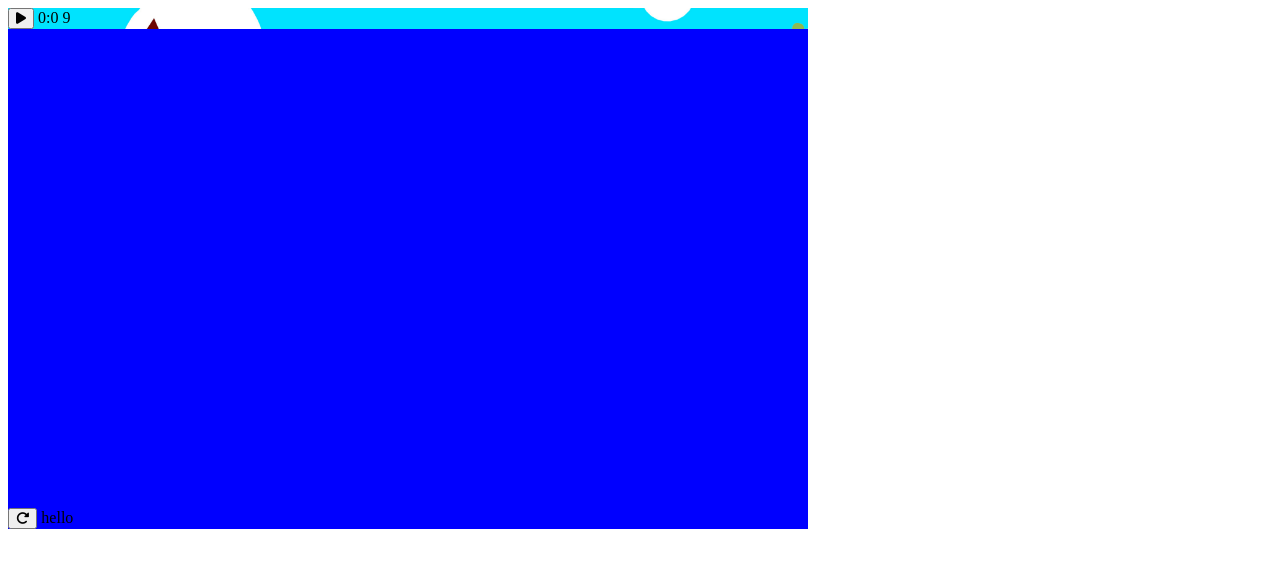
Repository: ggandory/browser101
Page: chapter7/carrot/index.html
These files come from the project's save history. The page is drawn as it stood at one moment and after the next save; the edit follows.
The browser window is 1280 px wide. The pictures show the whole page.
Some web libraries are served in a nearby version.

Above is the page before, as saved 2024-05-01 22:43:54.

### chapter7/carrot/index.html
<!DOCTYPE html>
<html lang="en">
  <head>
    <meta charset="UTF-8" />
    <meta name="viewport" content="width=device-width, initial-scale=1.0" />
    <title>My First Game</title>
    <link rel="stylesheet" href="style.css" />
    <script src="main.js"></script>
    <script
      src="https://kit.fontawesome.com/9eb162ac0d.js"
      crossorigin="anonymous"
    ></script>
  </head>
  <body>
    <section class="game">
      <header class="game_header">
        <button class="game_button">
          <i class="fa-solid fa-play"></i>
        </button>
        <span class="game_timer">0:0</span>
        <span class="game_score">9</span>
      </header>
      <section class="game_field"></section>
    </section>
    <section class="pop-up">
      <button class="pop-up_refresh">
        <i class="fa-solid fa-rotate-right"></i>
      </button>
      <span class="pop-up_message">hello</span>
    </section>
  </body>
</html>

### chapter7/carrot/style.css
.game {
  width: 800px;
  height: 500px;
  background: url(img/background.png) center/cover;
}

.game_header {
}

.game_field {
  width: 100%;
  height: 100%;
  background-color: blue;
}

Loaded but not shown: chapter7/carrot/main.js (no stored copy; drawn as an empty file)

After the next save:
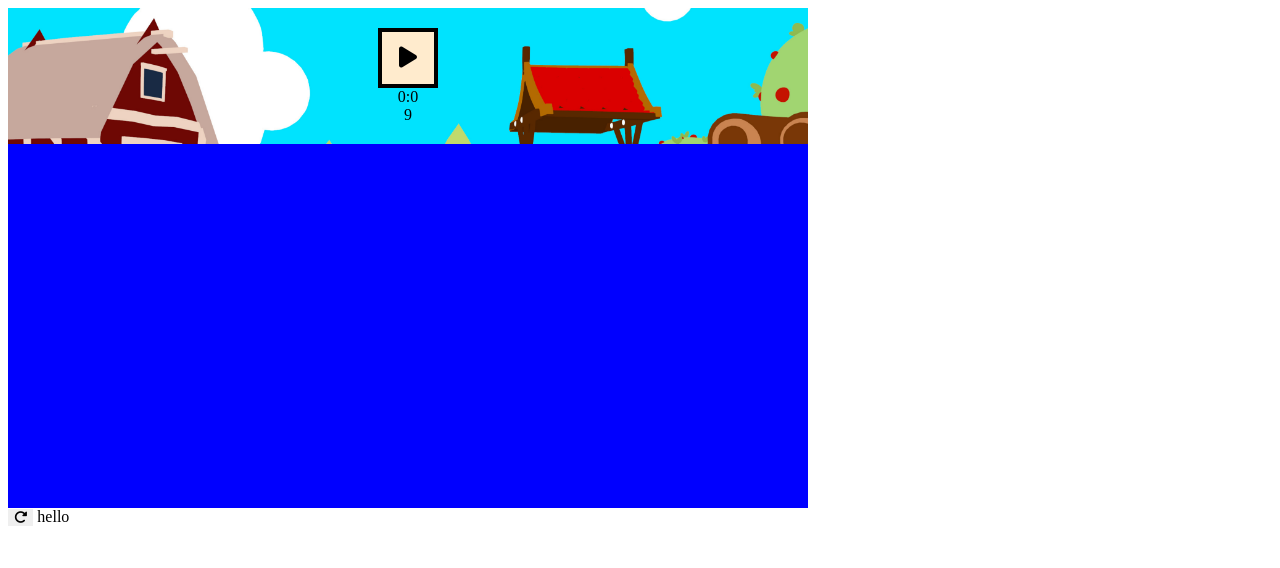
Saved 6 min 6 s later.
--- a/chapter7/carrot/style.css
+++ b/chapter7/carrot/style.css
@@ -1,10 +1,34 @@
+button {
+  border: none;
+  outline: none;
+  cursor: pointer;
+}
+
 .game {
+  display: flex;
+  flex-direction: column;
   width: 800px;
   height: 500px;
   background: url(img/background.png) center/cover;
 }
 
 .game_header {
+  display: flex;
+  flex-direction: column;
+  align-items: center;
+  padding: 20px;
+}
+
+.game_button {
+  width: 60px;
+  height: 60px;
+  background-color: blanchedalmond;
+  border: 4px solid black;
+  font-size: 24px;
+  transition: transform 300ms ease-in;
+}
+.game_button:hover {
+  transform: scale(1.1);
 }
 
 .game_field {
